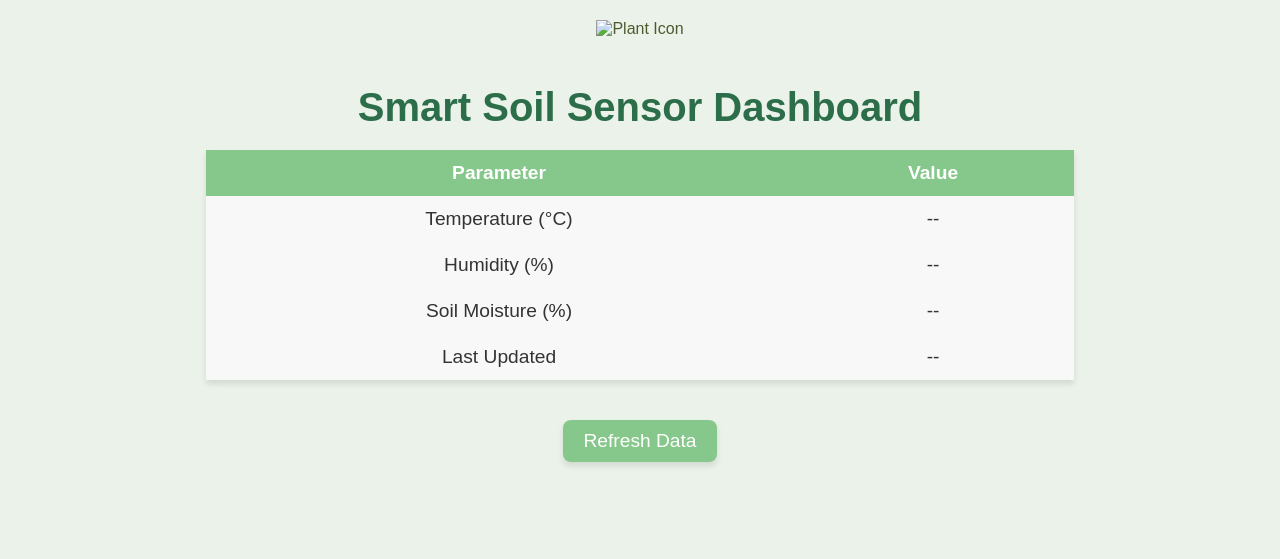
Repository: Terry816/Plantminder
Page: templates/dashboard.html
These files come from the project's save history. The page is drawn as it stood at one moment and after the next save; the edit follows.
The browser window is 1280 px wide. The pictures show the whole page.
The page's requests for data from a server got no answer.

Above is the page before, as saved 2024-12-13 02:25:35.
Not found: templates/plant.jfjf

### templates/dashboard.html
<!DOCTYPE html>
<html lang="en">
<head>
    <meta charset="UTF-8">
    <meta name="viewport" content="width=device-width, initial-scale=1.0">
    <title>Smart Soil Sensor Dashboard</title>
    <style>
        /* General Styles */
        body {
            font-family: 'Arial', sans-serif;
            background-color: #eaf2e9; /* Light green background */
            color: #4e5b31; /* Dark green text */
            padding: 20px;
            margin: 0;
            text-align: center;
        }

        h1 {
            color: #2c6e49; /* Deep green color for the title */
            font-size: 2.5em;
            margin-bottom: 20px;
        }

        table {
            width: 70%;
            margin: 0 auto;
            border-collapse: collapse;
            background-color: #f4f9f3; /* Light green table background */
            box-shadow: 0px 4px 6px rgba(0, 0, 0, 0.1);
        }

        th, td {
            padding: 12px 20px;
            text-align: center;
            font-size: 1.2em;
        }

        th {
            background-color: #86c88b; /* Light green background for headers */
            color: #fff;
        }

        td {
            background-color: #f8f8f8; /* Light background for data rows */
            color: #333;
        }

        /* Status Colors */
        .good {
            color: #4caf50; /* Green */
        }

        .warning {
            color: #ff9800; /* Orange */
        }

        .critical {
            color: #f44336; /* Red */
        }

        .timestamp {
            margin-top: 20px;
            font-style: italic;
            font-size: 1.1em;
            color: #7d8f66; /* Grey color for timestamp */
        }

        .plant-icon {
            width: 100px; /* Adjust the width of the image */
            height: auto; /* Maintain the aspect ratio */
            margin-bottom: 20px;
        }

        /* Button Styles */
        .refresh-btn {
            background-color: #86c88b; /* Light green button */
            border: none;
            padding: 10px 20px;
            color: white;
            font-size: 1.2em;
            cursor: pointer;
            margin-top: 20px;
            border-radius: 8px;
            box-shadow: 0 4px 6px rgba(0, 0, 0, 0.1);
        }

        .refresh-btn:hover {
            background-color: #76b07d;
        }
    </style>
</head>
<body>

    <!-- Page Heading with Plant Icon -->
    <img src="plant.jfjf" class="plant-icon" alt="Plant Icon">
    <h1>Smart Soil Sensor Dashboard</h1>

    <!-- Table to Display Sensor Data -->
    <table>
        <thead>
            <tr>
                <th>Parameter</th>
                <th>Value</th>
            </tr>
        </thead>
        <tbody>
            <tr>
                <td>Temperature (°C)</td>
                <td id="temperature">--</td>
            </tr>
            <tr>
                <td>Humidity (%)</td>
                <td id="humidity">--</td>
            </tr>
            <tr>
                <td>Soil Moisture (%)</td>
                <td id="soil_moisture">--</td>
            </tr>
            <tr>
                <td>Last Updated</td>
                <td id="timestamp">--</td>
            </tr>
        </tbody>
    </table>

    <!-- Timestamp Section -->
    <div class="timestamp" id="timestamp"></div>

    <!-- Refresh Button -->
    <button class="refresh-btn" onclick="updateData()">Refresh Data</button>

    <script>
        // Function to fetch data from Flask's /data route
        function updateData() {
            fetch('/data')
                .then(response => response.json())
                .then(data => {
                    // Update sensor values
                    document.getElementById('temperature').textContent = data.temp.toFixed(2);
                    document.getElementById('humidity').textContent = data.hum.toFixed(2);
                    document.getElementById('soil_moisture').textContent = data.soil.toFixed(2);
                    document.getElementById('timestamp').textContent = new Date().toLocaleString();

                    // Change colors based on sensor values
                    const temp = data.temp;
                    const hum = data.hum;
                    const soil = data.soil;

                    // Temperature color coding
                    const tempElement = document.getElementById('temperature');
                    if (temp < 18) tempElement.classList.add('cool');
                    else if (temp < 30) tempElement.classList.add('good');
                    else tempElement.classList.add('warning');

                    // Humidity color coding
                    const humElement = document.getElementById('humidity');
                    if (hum < 40) humElement.classList.add('warning');
                    else if (hum < 60) humElement.classList.add('good');
                    else humElement.classList.add('critical');

                    // Soil Moisture color coding
                    const soilElement = document.getElementById('soil_moisture');
                    if (soil < 30) soilElement.classList.add('critical');
                    else if (soil < 60) soilElement.classList.add('warning');
                    else soilElement.classList.add('good');
                })
                .catch(error => console.error('Error fetching data:', error));
        }

        // Call updateData function every 5 seconds
        setInterval(updateData, 5000);

        // Call it once to load the initial data
        updateData();
    </script>

</body>
</html>

After the next save:
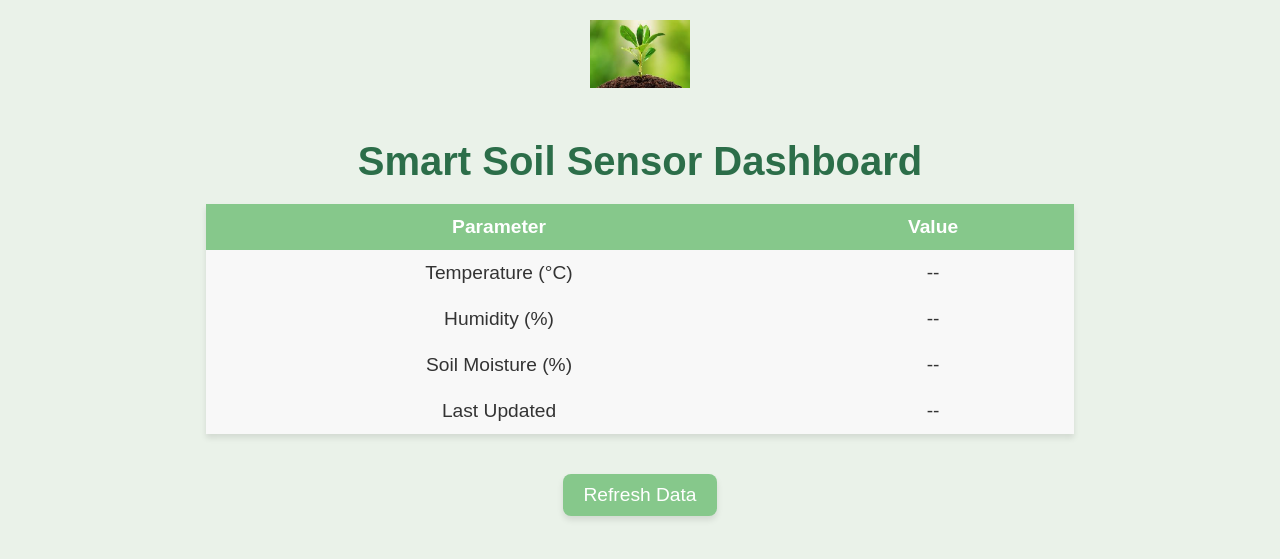
Saved 61 s later.
--- a/templates/dashboard.html
+++ b/templates/dashboard.html
@@ -92,7 +92,7 @@
 <body>
 
     <!-- Page Heading with Plant Icon -->
-    <img src="plant.jfjf" class="plant-icon" alt="Plant Icon">
+    <img src="plant.jpg" class="plant-icon" alt="Plant Icon">
     <h1>Smart Soil Sensor Dashboard</h1>
 
     <!-- Table to Display Sensor Data -->
